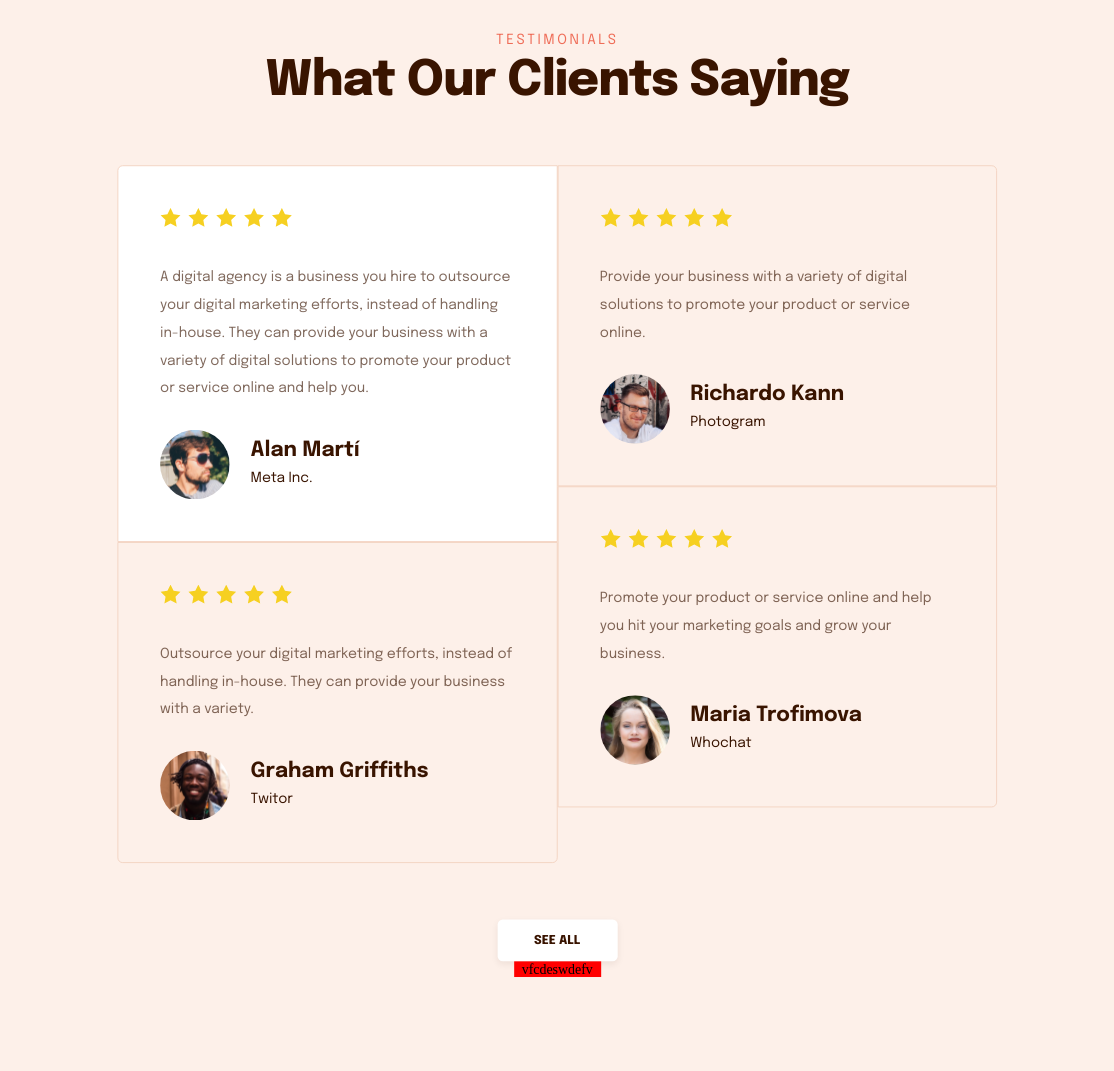
Repository: SabrinaSeydaliyeva/Task-17
Page: pages/testimonialsPage/index.html
An editor plug-in stored every save of this project. The page is shown before and after a run of saves, followed by the edit.
The browser window is 1280 px wide. The pictures show the whole page, at 87% of full size.
The style sheet was rebuilt from its Sass, Less or Tailwind sources for each picture, by a compiler version that may differ from the author's.

Above is the page before, as saved 2023-09-07 16:18:25.

After the next 2 saves:
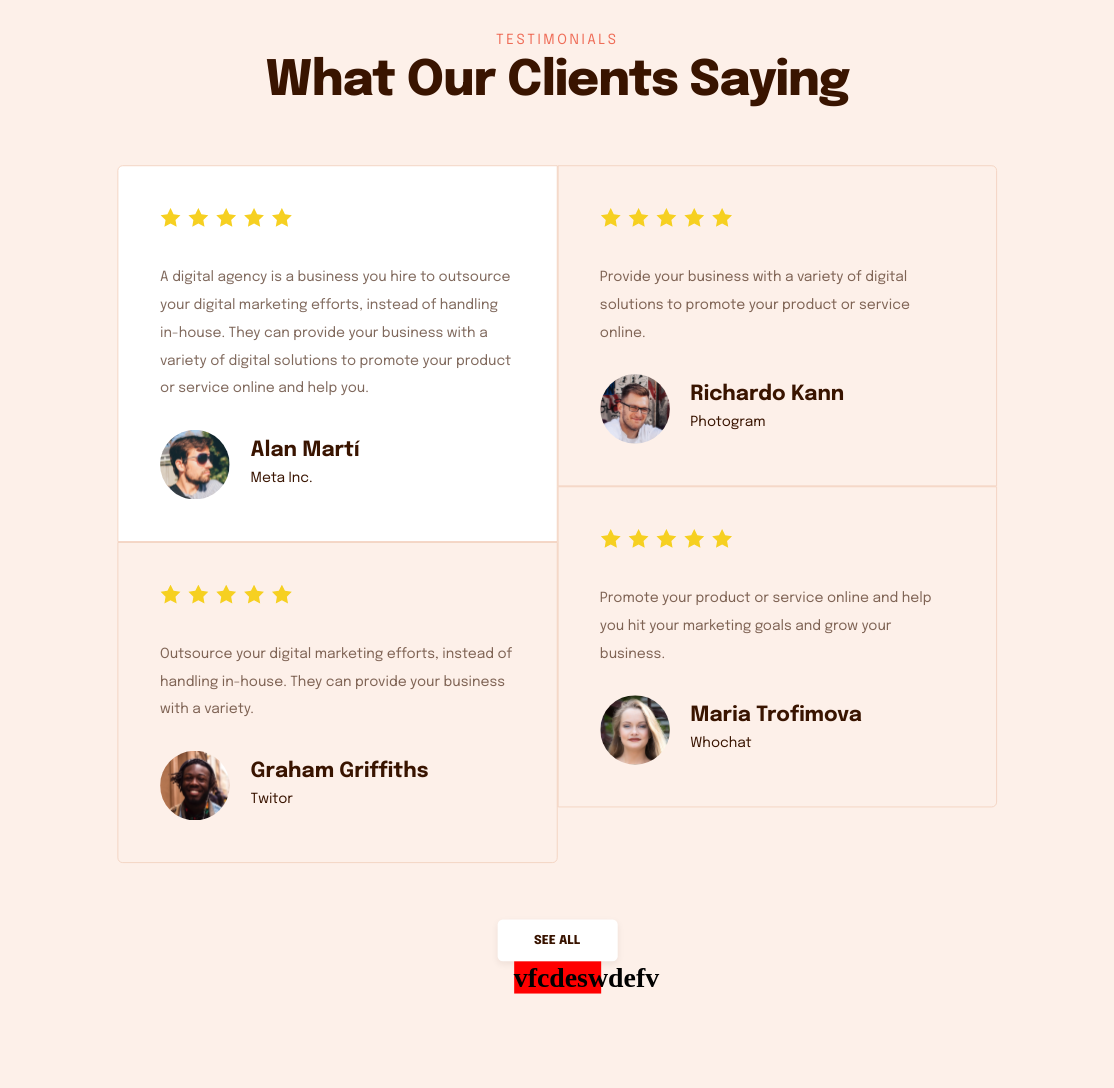
The 2 saves are shown as one change because they came seconds apart.
The last was saved 16 s later.
--- a/pages/testimonialsPage/index.html
+++ b/pages/testimonialsPage/index.html
@@ -83,9 +83,9 @@
       </div>
 
       <button>See All</button>
-      <p class="p">
+      <h1 class="p">
         vfcdeswdefv
-      </p>
+      </h1>
     </div>
   </body>
 </html>
